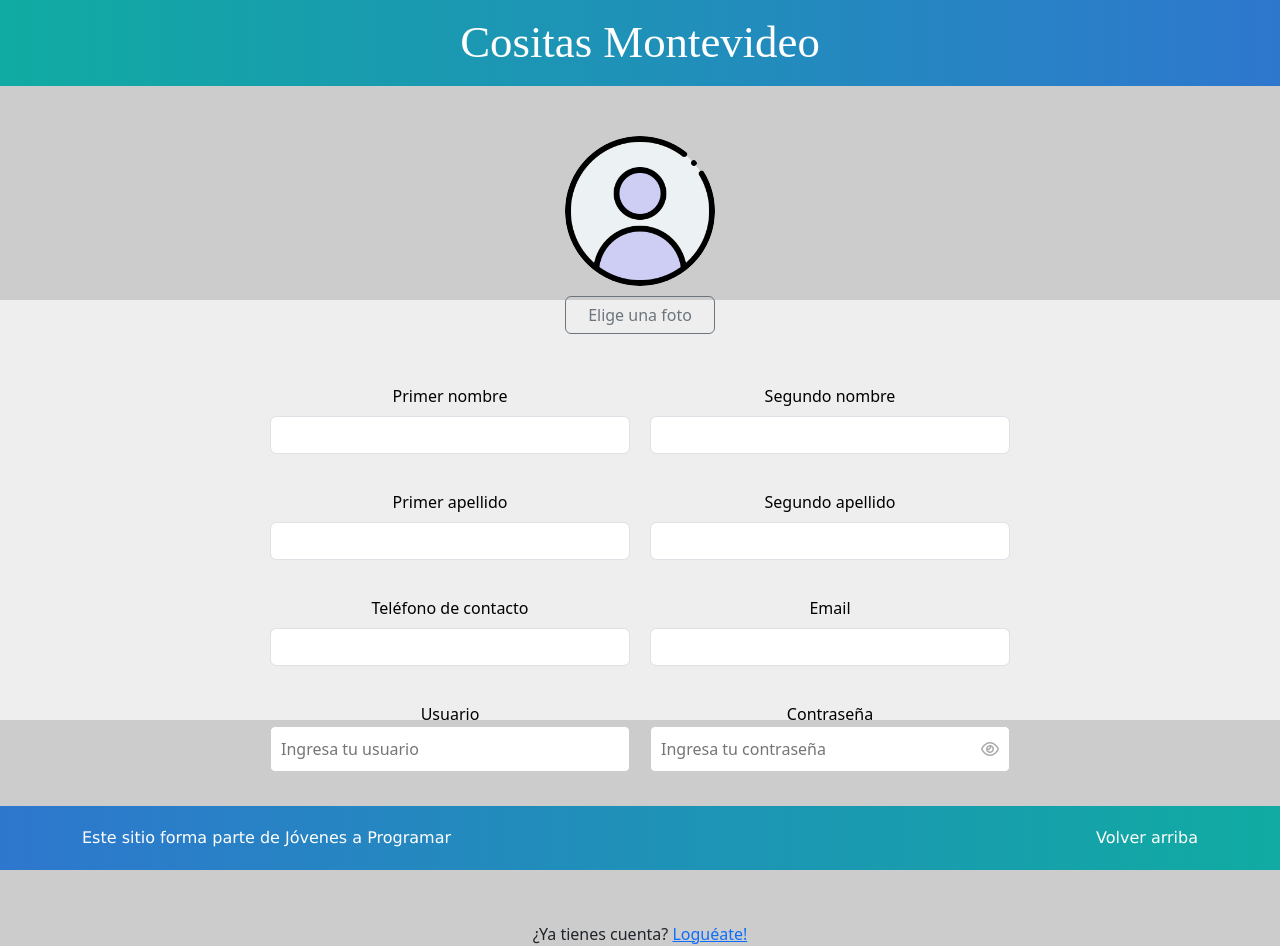
Repository: naticab/proyecto-dw
Page: registration.html
An editor plug-in stored every save of this project. The page is shown before and after the next save, followed by the edit.
The browser window is 1280 px wide. The pictures show the whole page.
Some web fonts or font styles are not loaded; a fallback is used.

Above is the page before, as saved 2024-10-22 22:38:07.
Console error: TypeError: Cannot read properties of null (reading 'classList')

### registration.html
<!DOCTYPE html>
<html lang="es">

<head>
    <meta charset="UTF-8">
    <meta name="viewport" content="width=device-width, initial-scale=1, shrink-to-fit=no">
    <title>eMercado - Todo lo que busques está aquí</title>

    <link href="https://fonts.googleapis.com/css?family=Raleway:300,300i,400,400i,700,700i,900,900i" rel="stylesheet">
    <link href="css/bootstrap.min.css" rel="stylesheet">
    <link href="https://cdn.jsdelivr.net/npm/bootstrap@5.3.0/dist/css/bootstrap.min.css" rel="stylesheet">
    <link href="https://cdn.jsdelivr.net/npm/@fortawesome/fontawesome-free/css/all.min.css" rel="stylesheet">
    <link href="css/styles.css" rel="stylesheet" type="text/css">
    <link rel="stylesheet" href="css/registration.css" type="text/css">
    <link href="css/header-and-footer.css" rel="stylesheet">
    <link href="https://fonts.googleapis.com/css2?family=Love+Ya+Like+A+Sister&display=swap" rel="stylesheet">
</head>

<body>

    <header>
        <div class="header-container">
            <h1>Cositas Montevideo</h1>
        </div>
    </header>


    <main>
        <div class="profile-container">
            <div class="profile-image">
                <img src="img/usuario.png" id="profilePic" alt="avatar">
                <input type="file" name="foto" id="foto" accept="image/*" style="display: none;" />
                <label for="foto" class="btn btn-outline-secondary">Elige una foto</label>
            </div>
            <form method="post" class="row g-3 mt-4"  id="myForm">
                <div class="col-md-6">
                    <label for="nombre1" class="form-label">Primer nombre</label>
                    <input type="text" class="form-control" id="nombre1" name="nombre" required>
                    <div class="invalid-feedback">Debe ingresar un nombre.</div>
                </div>
                <div class="col-md-6">
                    <label for="nombre2" class="form-label">Segundo nombre</label>
                    <input type="text" class="form-control" id="nombre2" name="nombre2">
                </div>
                <div class="col-md-6">
                    <label for="apellido1" class="form-label">Primer apellido</label>
                    <input type="text" class="form-control" id="apellido1" name="apellido" required>
                    <div class="invalid-feedback">Debe ingresar un apellido.</div>
                </div>
                <div class="col-md-6">
                    <label for="apellido2" class="form-label">Segundo apellido</label>
                    <input type="text" class="form-control" id="apellido2" name="apellido2">
                </div>
                <div class="col-md-6">
                    <label for="telefono" class="form-label">Teléfono de contacto</label>
                    <input type="tel" class="form-control" id="telefono" name="telefono">
                </div>
                <div class="col-md-6">
                    <label for="email" class="form-label">Email</label>
                    <input type="email" class="form-control" id="email" name="email" required>
                    <div class="invalid-feedback">Debe ingresar un email.</div>
                </div>
                <div class="col-md-6">
                    <label for="username">Usuario</label>
                    <input type="text" id="username" name="username" placeholder="Ingresa tu usuario">
                </div>
                <div class="col-md-6">
                    <label for="password">Contraseña</label>
                    <div class="password-container">
                        <input type="password" id="password" name="password" placeholder="Ingresa tu contraseña">
                        <i class="far fa-eye" id="togglePassword"></i>
                    </div>
                </div>
                <div class="col-12 text-center">
                    <button type="submit" id="button">Registrarse</button>
                </div>
            </form>
            <br><br>
            <div>¿Ya tienes cuenta? <a href="login.html">Loguéate!</a></div>
        </div>
    </main>


    <footer class="text-center py-2">
        <div class="container">
            <div class="footer-content">
                <p class="footer-text">Este sitio forma parte de <a class="footer-link"
                        href="https://jovenesaprogramar.edu.uy/" target="_blank">Jóvenes a Programar</a></p>
                <p class="footer-link-end">
                    <a class="footer-link" href="#">Volver arriba</a>
                </p>
            </div>
        </div>
    </footer>

    <script src="js/bootstrap.bundle.min.js"></script>
    <script src="js/registration.js"></script>
    <script src="js/header-and-footer.js"></script>
</body>

</html>

### css/styles.css
.jumbotron,
.card-body,
.container,
.site-header {
  font-family: 'Verdana', serif !important;
}

.row {
  color: black;
}

#login-heading {
  font-size: 2rem;
}

.jumbotron .display-4 {
  font-weight: bold;
}

h2 {
  font-size: 2rem;
}

nav a {
  text-decoration: none;
}

.bd-placeholder-img {
  font-size: 1.125rem;
  text-anchor: middle;
  -webkit-user-select: none;
  -moz-user-select: none;
  -ms-user-select: none;
  user-select: none;
}

@media (min-width: 768px) {
  .bd-placeholder-img-lg {
    font-size: 3.5rem;
  }
}

.jumbotron {
  height: 50vh;
  padding: 5em inherit;
  margin-bottom: 0;
  background-color: #53C0FB;
  background: url('../img/cover_back.png');
  background-size: cover;
  background-position: center;
  background-repeat: no-repeat;
  color: black;
  font-weight: bold;
}

@media (min-width: 768px) {
  .jumbotron {
    padding-top: 6rem;
    padding-bottom: 6rem;
  }
}

.jumbotron p:last-child {
  margin-bottom: 0;
}

.jumbotron-heading {
  font-weight: 300;
}

.jumbotron .container {
  max-width: 40rem;
  background-color: rgba(255, 255, 255, 0.5);
  border-radius: 10px;
  text-shadow: 1px 1px 2px grey;
}

.jumbotron .lead {
  font-size: 38px;
}

.dropzone {
  border: 2px dashed #0087F7;
  border-radius: 5px;
  background: white;
}

.img-fit {
  max-height: 100%;
}

.alert {
  position: fixed;
  top: 80px;
  width: 50%;
  left: 50%;
  transform: translate(-50%, 0);
}

.lds-ring {
  display: inline-block;
  position: relative;
  width: 64px;
  height: 64px;
  top: 50%;
  left: 50%;
}

.cursor-active {
  cursor: pointer;
}

.left {
  float: left;
  padding: 4px;
  background-color: rgba(255, 255, 255, 0.5);
}

.lds-ring div {
  box-sizing: border-box;
  display: block;
  position: absolute;
  width: 51px;
  height: 51px;
  margin: 6px;
  border: 6px solid #fff;
  border-radius: 50%;
  animation: lds-ring 1.2s cubic-bezier(0.5, 0, 0.5, 1) infinite;
  border-color: #fff transparent transparent transparent;
}

.lds-ring div:nth-child(1) {
  animation-delay: -0.45s;
}

.lds-ring div:nth-child(2) {
  animation-delay: -0.3s;
}

.lds-ring div:nth-child(3) {
  animation-delay: -0.15s;
}

@keyframes lds-ring {
  0% {
    transform: rotate(0deg);
  }

  100% {
    transform: rotate(360deg);
  }
}

.signin {
  width: 100%;
  max-width: 330px;
  padding: 15px;
  margin: auto;
}

#spinner-wrapper {
  position: fixed;
  background-color: rgba(0, 0, 0, 0.5);
  width: 100%;
  height: 100%;
  top: 0;
  left: 0;
  z-index: 1021;
  display: none;
}

/* main {
  min-height: calc(100vh - 210px);
} */

a.custom-card,
a.custom-card:hover {
  color: inherit;
  text-decoration: inherit;
}

.checked {
  color: orange;
}

### css/registration.css
body {
    display: flex;
    flex-direction: column;
    height: 100vh;
    /* Asegura que el body ocupe toda la altura de la ventana */
    margin: 0;
    padding: 0;
}

main {
    display: flex;
    justify-content: center;
    align-items: center;
}


.login-container {
    width: 30em;
    text-align: center;
}

input,
button {
    width: 100%;
    padding: 10px;
    margin: 10px 0;
    border-radius: 5px;
    border: 1px solid #ccc;
}

button {
    width: 50%;
    background-color: #252628;
    color: white;
    cursor: pointer;
}

button:hover {
    background-color: #3f3f3f;
}


.password-container {
    position: relative;
}

.password-container i {
    position: absolute;
    right: 10px;
    top: 50%;
    transform: translateY(-50%);
    cursor: pointer;
    color: #aaa;
}


header {
    background: #121219;
    color: #fff;
    width: 100%;
    display: flex;
    justify-content: center;
    align-items: center;
    padding: 1rem 0;
    box-sizing: border-box;
    /* Asegúrate de que el padding no afecte el ancho total */
    margin: 0;
}

.header-container {
    width: 100%;
    text-align: center;
}

h1 {
    font-family: "Love Ya Like A Sister", cursive;
    margin: 0;
}



@media (max-width: 768px) {
    .login-container {
        width: 25em;
    }
}

@media (max-width: 576px) {

    body {
        background-color: #AAA8A4;
    }

    .login-container {
        width: 20em;
        padding: 15px;
    }

    button {
        width: 50%;
    }

    input {
        margin: 5px 0;
    }

    footer {
        visibility: hidden;
    }
}







.bd-placeholder-img {
    font-size: 1.125rem;
    text-anchor: middle;
    -webkit-user-select: none;
    -moz-user-select: none;
    -ms-user-select: none;
    user-select: none;
}

@media (min-width: 768px) {
    .bd-placeholder-img-lg {
        font-size: 3.5rem;

    }

    html,
    body {
        height: 100%;
        margin: 0;
    }
}

body {
    background-color: #eeeeee;
    height: 100vh;
    background: linear-gradient(to bottom, #cccccc 300px, #eeeeee 300px);
}

.profile-container {
    display: flex;
    flex-direction: column;
    align-items: center;
    padding-top: 50px;
    margin: 0 auto;
    max-width: 800px;
    /* Puedes ajustar esto según el diseño que quieras */
    padding: 50px 20px 20px 20px;
    height: 100%;
}

.profile-image img {
    border-radius: 50%;
    width: 150px;
    height: 150px;
}

form {
    max-width: 800px;
    width: 100%;
}

label {
    display: block;
    text-align: center;
}

button {
    margin-top: 20px;
}

input {
    display: block;
    margin: 0 auto;
}

.row {
    display: flex;
    flex-wrap: wrap;
    justify-content: center;
}

.col-md-6 {
    width: 50%;
    padding: 10px;
}

.btn-outline-secondary {
    display: block;
    margin-top: 10px;
}

### css/header-and-footer.css
header {
    background: linear-gradient(to right, #10ABA2, #2E77CE);
    color: #fff;
    position: relative;
}

h1 {
    font-family: "Love Ya Like A Sister", cursive;
    font-size: 2.8rem;
}

a#inicio {
    color: #f1f1f1;
    text-decoration: none;
}

a#inicio:hover {
    color: white;
    transition: color 0.3s, text-shadow 0.3s;
}

.subtitulos-header {
    font-size: 1.2rem;
}

a.nav-link {
    color: #f1f1f1;
}

a.nav-link:hover {
    color: #9b9a9b;
    transition: color 0.3s, text-shadow 0.3s;
    transform: scale(1.05);
}

/* Espaciado entre los elementos del menú */
.navbar-nav .nav-item {
    margin-right: 40px;
}

.navbar-nav .nav-item:last-child {
    margin-right: 0;
    /* Quitar margen derecho al último elemento */
}

#user-name.nav-link {
    color: #f1f1f1;
}

#user-name.nav-link:hover {
    color: #9b9a9b;
    transform: scale(1.05);
    transition: color 0.3s, text-shadow 0.3s;
}

.navbar-collapse {
    justify-content: flex-end;
}

.navbar-toggler:hover {
    cursor: pointer;
}


.user-avatar {
    border-radius: 50%;
    width: 50px;
    height: 50px;
}

.user-avatar:hover {
    transform: scale(1.10);
    transition: 0.3s;
}

.navbar-nav .dropdown-menu {
    background: linear-gradient(to right, #10ABA2, #2E77CE);
    border: none;
}

.navbar-nav .dropdown-menu:hover {
    cursor: pointer;
    color: #9b9a9b;
    transition: color 0.3s, text-shadow 0.3s;
}

.dropdown-toggle::after {
    display: none;
}

.navbar-nav .nav-link {
    display: flex;
    align-items: center;
    height: 100%;
    padding: 0.5rem 0;
}



/* Modo Claroscuro */

/* Modo Claro */
body.light-mode {
    background-color: #edf2f374;
}

body.light-mode .product-card:hover {
    box-shadow: 0 4px 8px #16161633;
    background-color: #bef3ff91;
    cursor: pointer;
}

body.light-mode .related-products:hover {
    box-shadow: #00000033;
    background-color: #bef3ff91;
    cursor: pointer;
}



/* Modo Oscuro */
body.dark-mode {
    background-color: #262729;
    color: rgb(208, 208, 208);
}

body.dark-mode .product-card:hover {
    box-shadow: 0 4px 8px #16161633;
    background-color: #bef3ff;
    cursor: pointer;
}

body.dark-mode .related-products:hover {
    box-shadow: #00000033;
    background-color: #bef3ff;
    cursor: pointer;
}

body.dark-mode .color-letters {
    color: white;
}


/* Palanca para activar el claroscuro */

#mode-toggle {
    border: none;
    outline: none;
    box-shadow: none;
}

#mode-toggle i {
    transition: color 0.3s;
    font-size: 1.2rem;
    cursor: pointer;
    color: #ffffff;
}

#mode-toggle:hover {
    background: none;
    transform: scale(1.05);
}

#mode-toggle:hover .fa-sun {
    color: #ffd700;
}

#mode-toggle:hover .fa-moon {
    color: #000000;
}



/* Cart */

#cart-button {
    border: none;
    outline: none;
    box-shadow: none;
    background-color: transparent;
}

#cart-button i {
    transition: color 0.3s;
    font-size: 1.2rem;
    color: #ffffff;
}

#cart-button i:hover {
    color: #9B9A9B;
    transform: scale(1.05);
}




@media (max-width: 995px) {

    .hamburger {
        display: flex;
        flex-direction: row;
        align-items: center;
        justify-content: space-between;
    }

    .navbar-toggler {
        position: relative;
        right: 0;
    }

    .navbar-collapse {
        display: none;
        position: absolute;
        top: 148%;
        left: -45px;
        width: 270%;
        z-index: 999;
        flex-direction: column-reverse;
        align-items: center;
        justify-content: center;
    }

    .navbar-collapse.show {
        display: flex;
    }

    .navbar-nav {
        background: linear-gradient(to right, #10ABA2, #2E77CE);
        color: #fff;
        padding: 1.5rem;
        border-radius: 0 0 100px 100px;
        font-weight: bold;
        text-align: center;
        display: flex;
        justify-content: center;
        /* Centra horizontalmente todos los li */
        align-items: center;
        /* Centra verticalmente los li */
        width: 100%;
    }

    .navbar-toggler-icon {
        background-image: url('data:[embedded picture, 238 characters]');
        filter: brightness(0) invert(1);
        /* Cambia el icono a blanco */
    }

    .navbar-toggler:focus {
        outline: none;
        box-shadow: none;
    }


    .navbar-nav:hover {
        cursor: pointer;
    }

    a.nav-link:hover {
        color: #9b9a9b;
        transition: color 0.3s, text-shadow 0.3s;
        transform: scale(1.05);
    }

    .navbar-nav .nav-item {
        margin: 10px 0;
    }
}


footer {
    background: linear-gradient(to right, #2E77CE, #10ABA2);
    color: #fff;
    min-height: 4rem;
    display: flex;
    justify-content: center;
    align-items: center;
    padding: 0 1rem;
}

.container {
    width: 100%;
}

.footer-content {
    display: flex;
    justify-content: space-between;
    width: 100%;
    align-items: center;
}

.footer-text {
    margin: 0;
    text-align: center;
}

.footer-link-end {
    margin: 0;
    text-align: right;
}

.footer-link {
    color: #fff;
    text-decoration: none;
}

.footer-link:hover {
    color: #9b9a9b;
    transition: color 0.3s, text-shadow 0.3s;
    transform: scale(1.05);
}


/* Menú desplegable del usuario */

@media (max-width: 995px) {
    .navbar-nav .dropdown-menu {
        width: auto;
        min-width: 150px;
        max-width: 200px;
        left: 0;
        right: auto;
        top: 100%;
        position: relative;
        z-index: 1000;
    }

    .dropdown-menu>li {
        padding: 0.05rem;

    }

    .dropdown-item {
        width: 100%;
        white-space: normal;
    }
}

main {
    min-height: 100vh;
    /* El contenido ocupará al menos el 100% de la altura de la ventana */
    padding-bottom: 30px;
    /* Da espacio suficiente para que el contenido no se superponga con el footer */
    box-sizing: border-box;
}

### js/registration.js
document.getElementById('togglePassword').addEventListener('click', function () {
    const passwordField = document.getElementById('password');
    const type = passwordField.getAttribute('type') === 'password' ? 'text' : 'password';
    passwordField.setAttribute('type', type);

    this.classList.toggle('fa-eye-slash');
});

document.getElementById('button').addEventListener('click', function(event) {
    const username = document.getElementById('username').value;
    const password = document.getElementById('password').value;
    if (username !== '' && password !== '') {
         localStorage.setItem('isAuthenticated', 'true');
         localStorage.setItem('username', username);
        window.location.href = 'index.html';
    } else {
         alert('Usuario o contraseña incorrectos.');
     }
});


document.addEventListener("DOMContentLoaded", function () {
    const defaultFile = 'img/usuario.png';
    const fileInput = document.getElementById('foto');
    const profilePic = document.getElementById('profilePic');
    const userImageElement = document.getElementById('user-image');
    const userImage = userImageElement ? userImageElement.querySelector('img') : null;

    // Cargar la imagen de perfil desde localStorage
    const savedImage = localStorage.getItem('profileImage');
    if (savedImage) {
      profilePic.src = savedImage; // Actualiza la imagen en el perfil
      if (userImage) userImage.src = savedImage; // Actualiza la imagen en el header
    } else {
      profilePic.src = defaultFile; // Imagen por defecto
      if (userImage) userImage.src = defaultFile; // Imagen por defecto
    }

    fileInput.addEventListener('change', e => {
      if (e.target.files[0]) {
        const reader = new FileReader();
        reader.onload = function (e) {
          const imageBase = e.target.result;
          profilePic.src = imageBase; // Actualiza la imagen en el perfil
          if (userImage) userImage.src = imageBase; // Actualiza la imagen en el header
          localStorage.setItem('profileImage', imageBase); // Guarda la imagen en localStorage
        };
        reader.readAsDataURL(e.target.files[0]); // Lee el archivo como URL en Base64
      } else {
        profilePic.src = defaultFile; // Imagen por defecto
        if (userImage) userImage.src = defaultFile; // Imagen por defecto
        localStorage.removeItem('profileImage'); // Eliminar imagen de localStorage
      }
    });

    // Recuperar los datos guardados en localStorage al cargar la página
    const nombre1 = document.getElementById("nombre1");
    const apellido = document.getElementById("apellido1");
    const email = document.getElementById("email");

    if (localStorage.getItem("nombre")) {
      nombre1.value = localStorage.getItem("nombre");
    }

    if (localStorage.getItem("apellido")) {
      apellido.value = localStorage.getItem("apellido");
    }

    if (localStorage.getItem("userEmail")) {
      email.value = localStorage.getItem("userEmail");
    }

    // Validación del formulario y guardar datos en localStorage
    document.getElementById("regBtn").addEventListener("click", function (e) {
      e.preventDefault(); // Evita el envío del formulario
      let isValid = true;

      // Validar campos requeridos
      if (!nombre1.value.trim()) {
        nombre1.classList.add("is-invalid");
        isValid = false;
      } else {
        nombre1.classList.remove("is-invalid");
        nombre1.classList.add("is-valid");
      }

      if (!apellido.value.trim()) {
        apellido.classList.add("is-invalid");
        isValid = false;
      } else {
        apellido.classList.remove("is-invalid");
        apellido.classList.add("is-valid");
      }

      // Validación del email usando una expresión regular para verificar que tenga @
      const emailRegex = /^[^\s@]+@[^\s@]+\.[^\s@]+$/;
      if (!email.value.trim() || !emailRegex.test(email.value)) {
        email.classList.add("is-invalid");
        isValid = false;
      } else {
        email.classList.remove("is-invalid");
        email.classList.add("is-valid");
      }

      // Si todo es válido, guardar en localStorage
      if (isValid) {
        localStorage.setItem("nombre", nombre1.value);
        localStorage.setItem("apellido", apellido.value);
        localStorage.setItem("userEmail", email.value);
        alert("Datos guardados con éxito.");
      }
    });
  });

### js/header-and-footer.js
document.addEventListener('click', function(event) {
    var navbar = document.querySelector('.navbar-collapse');
    var toggler = document.querySelector('.navbar-toggler');

    // Si el menú está abierto y se hace clic fuera de él, lo cierra
    if (navbar.classList.contains('show') && !navbar.contains(event.target) && !toggler.contains(event.target)) {
        var bsCollapse = new bootstrap.Collapse(navbar, {
            toggle: false
        });
        bsCollapse.hide();
    }
});

// Cerrar el menú automáticamente al hacer clic en cualquier enlace
var navLinks = document.querySelectorAll('.nav-link');
navLinks.forEach(function(link) {
    link.addEventListener('click', function() {
        var navbar = document.querySelector('.navbar-collapse');
        var bsCollapse = new bootstrap.Collapse(navbar, {
            toggle: false
        });
        bsCollapse.hide();
    });
});


// Modo Claroscuro

// Seleccionar el botón y el icono
const modeToggle = document.getElementById("mode-toggle");
const themeIcon = document.getElementById("theme-icon");

// Establecer el modo inicial según el modo de color preferido del navegador
if (localStorage.getItem("theme") === "dark") {
    document.body.classList.add("dark-mode");
    themeIcon.classList.remove("fa-moon");
    themeIcon.classList.add("fa-sun");
} else {
    document.body.classList.add("light-mode");
    themeIcon.classList.remove("fa-sun");
    themeIcon.classList.add("fa-moon");
}

// Función para alternar entre modos
modeToggle.addEventListener("click", () => {
    document.body.classList.toggle("dark-mode");
    document.body.classList.toggle("light-mode");

    // Cambiar el icono y guardar la preferencia en localStorage
    if (document.body.classList.contains("dark-mode")) {
        themeIcon.classList.remove("fa-moon");
        themeIcon.classList.add("fa-sun");
        localStorage.setItem("theme", "dark");
    } else {
        themeIcon.classList.remove("fa-sun");
        themeIcon.classList.add("fa-moon");
        localStorage.setItem("theme", "light");
    }
});

Loaded but not shown: css/bootstrap.min.css (library); js/bootstrap.bundle.min.js (library)

After the next save:
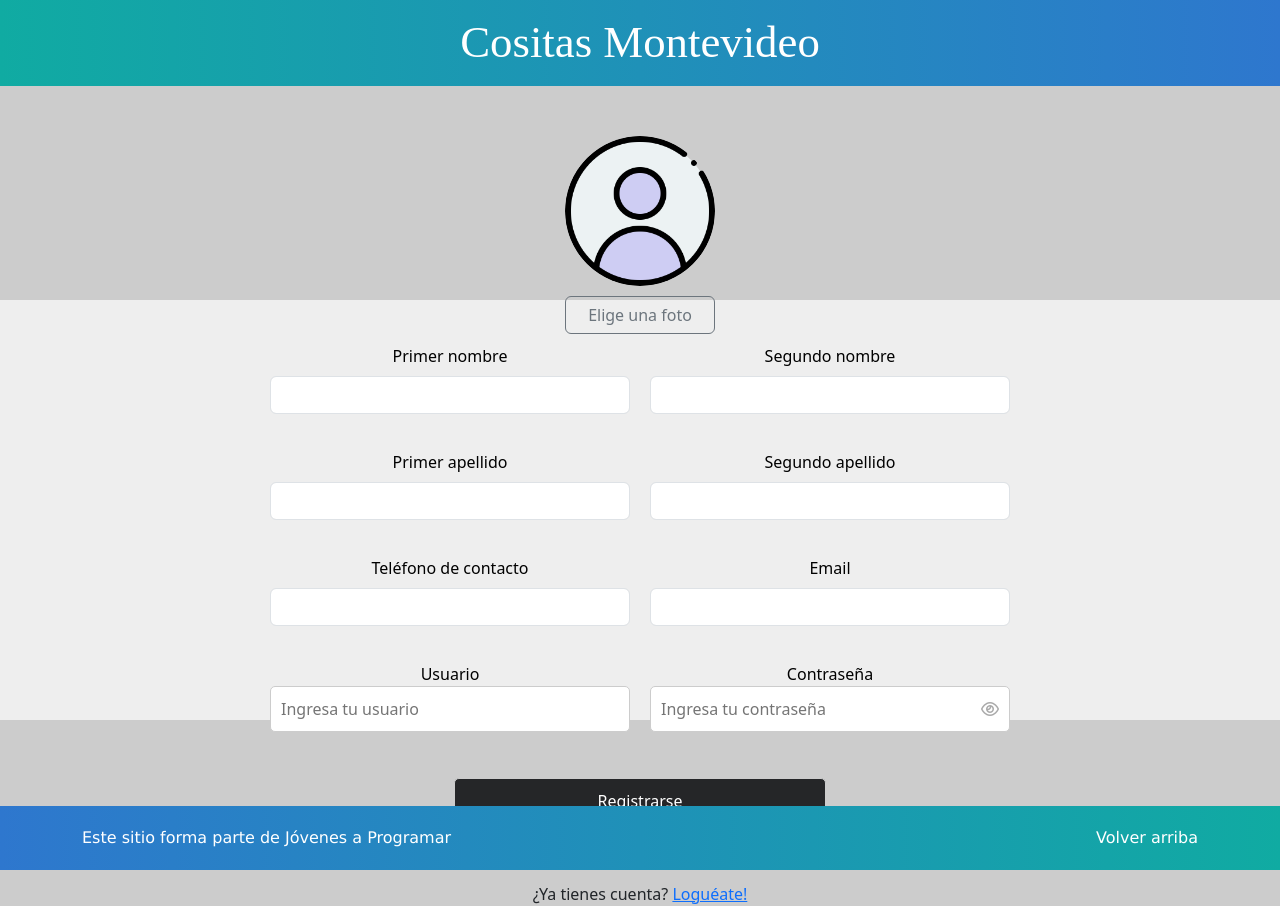
Saved 18 s later.
--- a/registration.html
+++ b/registration.html
@@ -32,7 +32,7 @@
                 <input type="file" name="foto" id="foto" accept="image/*" style="display: none;" />
                 <label for="foto" class="btn btn-outline-secondary">Elige una foto</label>
             </div>
-            <form method="post" class="row g-3 mt-4"  id="myForm">
+            <form method="post" class="row g-3" id="myForm">
                 <div class="col-md-6">
                     <label for="nombre1" class="form-label">Primer nombre</label>
                     <input type="text" class="form-control" id="nombre1" name="nombre" required>
